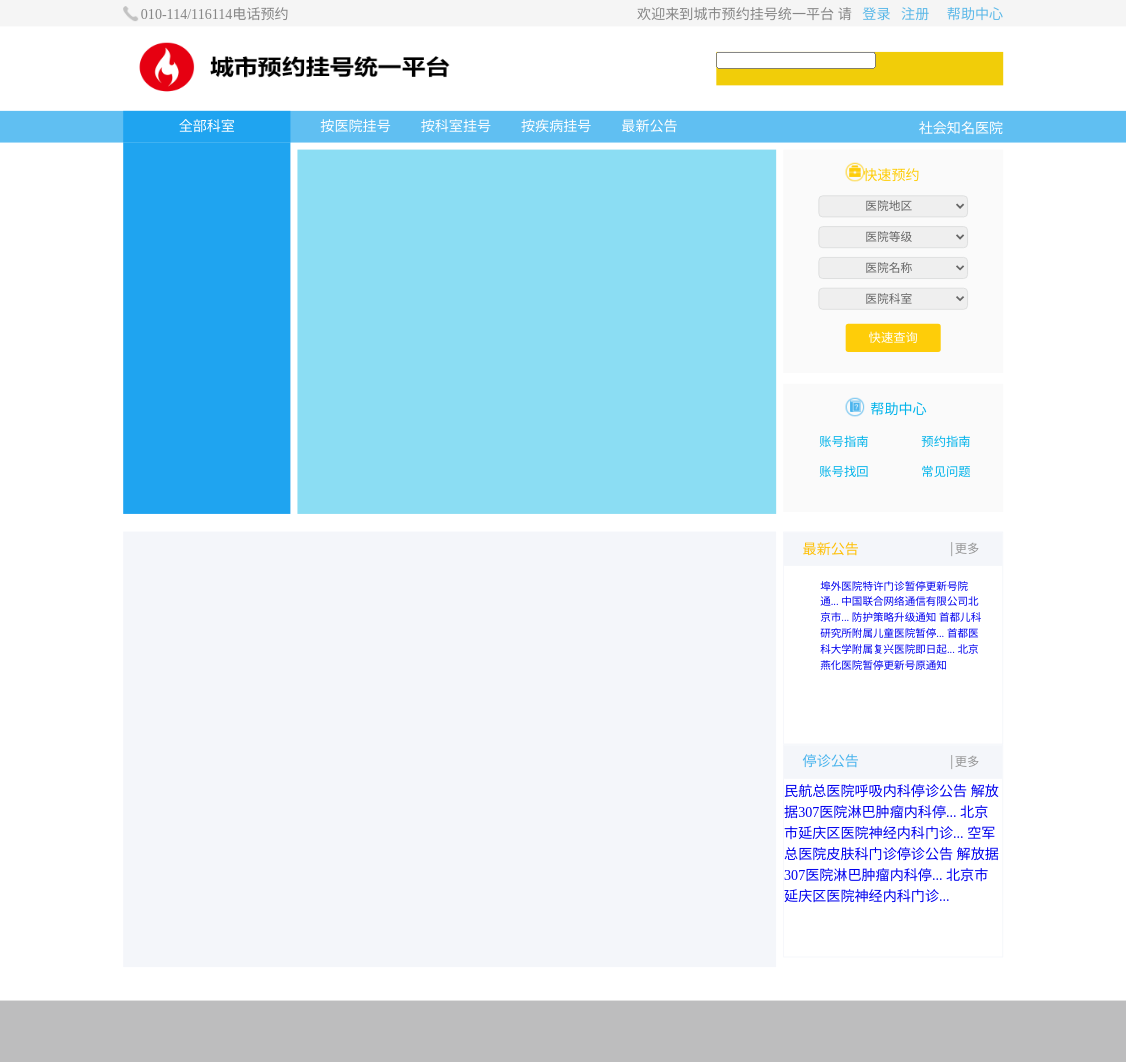
Repository: zhenzhen-gong/HospitalDemo
Page: index.html
These files come from the project's save history. The page is drawn as it stood at one moment and after the next save; the edit follows.
The browser window is 1280 px wide. The pictures show the whole page, at 88% of full size.

Above is the page before, as saved 2020-07-09 11:17:04.

After the next save:
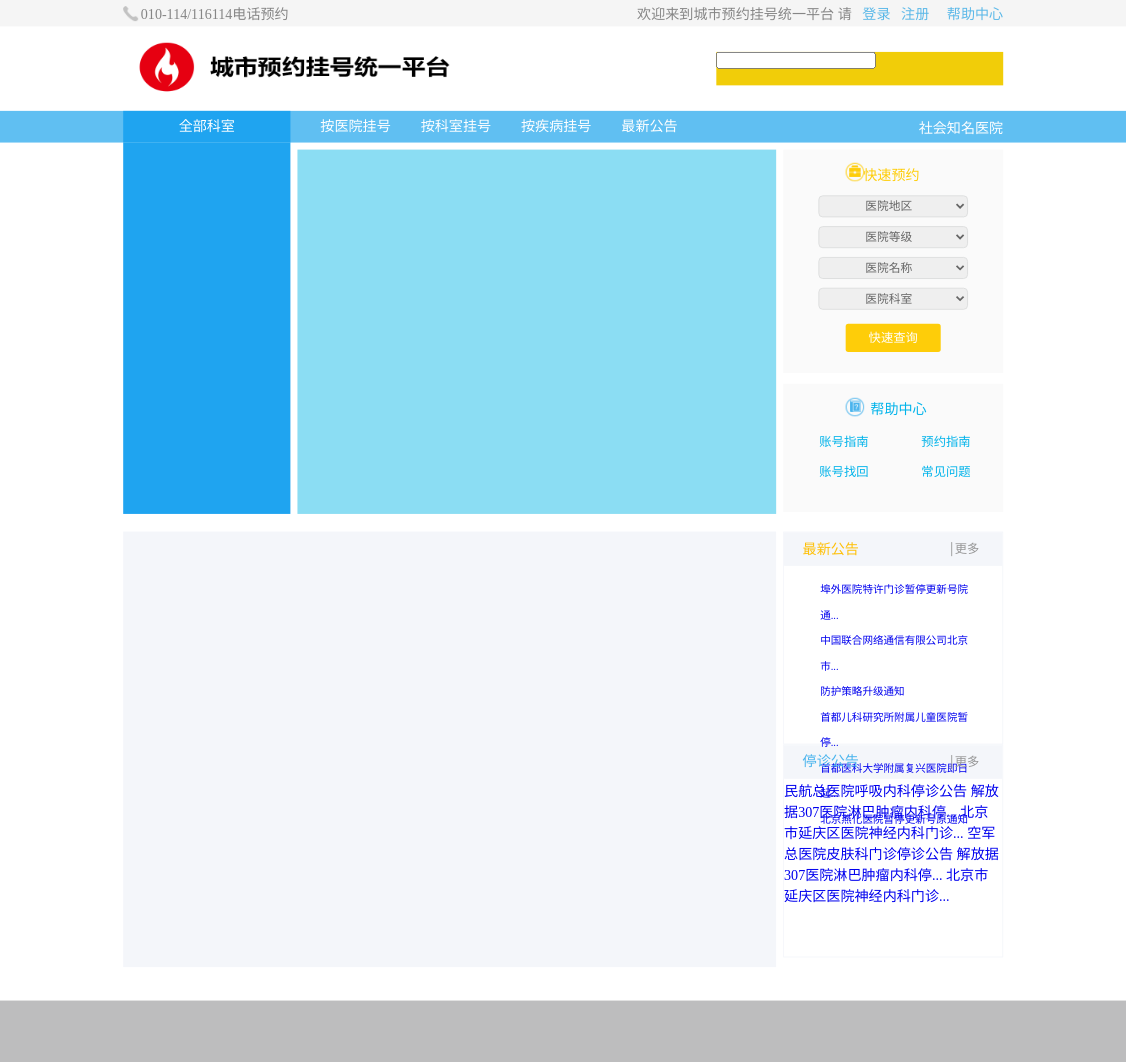
Saved 42 s later.
--- a/css/style.css
+++ b/css/style.css
@@ -231,6 +231,10 @@
     padding: 13px 20px 13px 41px;
     font-size: 12px;
 }
+.content .content-right .news .news-content a{
+    display: block;
+    line-height: 29px;
+}
 
 /* footer部分 */
 .footer{
